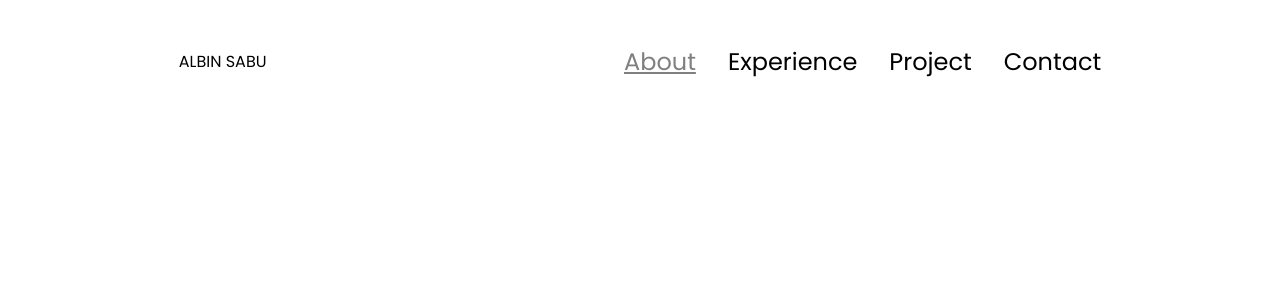
Repository: albinsabu2023/albinsabu
Page: index.html
The author's editor kept a copy of each file at every save. The page is drawn from the files as they stood at one save, then again after the next save.
The browser window is 1280 px wide. The pictures show the whole page.
The pointer rests on the first visible `a`.

Above is the page before, as saved 2023-08-29 09:26:53.

After the next save:
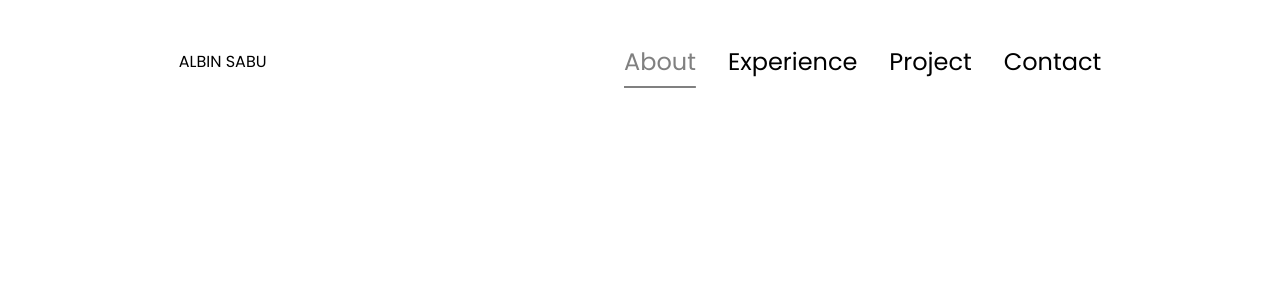
Saved 23 s later.
--- a/style.css
+++ b/style.css
@@ -50,5 +50,5 @@ a{
 a:hover{
     color:gray;
     text-decoration:underline;
-    text-underline-offset: ;
+    text-underline-offset:1rem ;
 }
